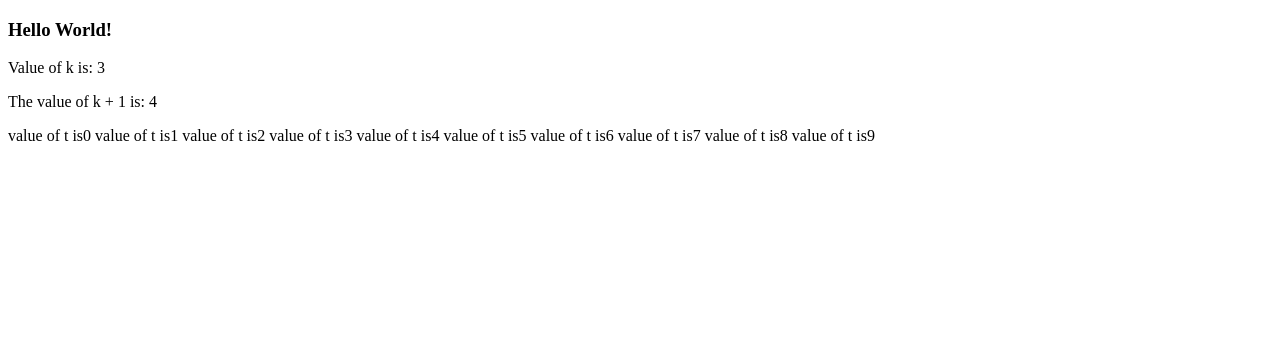
Repository: Seattle-Community-Android-Development/CodeBlog
Page: http://localhost/SimpleServletProject/test.jsp
The author's editor kept a copy of each file at every save. The page is drawn from the files as they stood at one save, then again after the next save.
The browser window is 1280 px wide. The pictures show the whole page.
The page is served by Tomcat 9. Other server files are loaded and not shown.

Above is the page before, as saved 2013-09-08 18:01:37.

### workspace/SimpleServletProject/WebContent/test.jsp
<%@ page language="java" contentType="text/html; charset=ISO-8859-1"
	pageEncoding="ISO-8859-1"%>
<!DOCTYPE html PUBLIC "-//W3C//DTD HTML 4.01 Transitional//EN" "http://www.w3.org/TR/html4/loose.dtd">
<html>
<head>
<meta http-equiv="Content-Type" content="text/html; charset=ISO-8859-1">
<title>Insert title here</title>
</head>
<body>
	<h3>Hello World!</h3>

	<%!
	public int add (int a, int b) {
		return a+b;
	}
	%>

	<%
	int i = 1;
	int j = 2;
	int k;

	k = add(i, j);

	out.println("Value of k is: " + String.valueOf(k));
	%>

	<p>The value of k + 1 is: <%=1+k %>
	</p>

	<p>
	<%
	for (int t = 0; t < 10; t++) {
		out.println("value of t is" + String.valueOf(t));
	}
	%>
	</p>
</body>
</html>

After the next save:
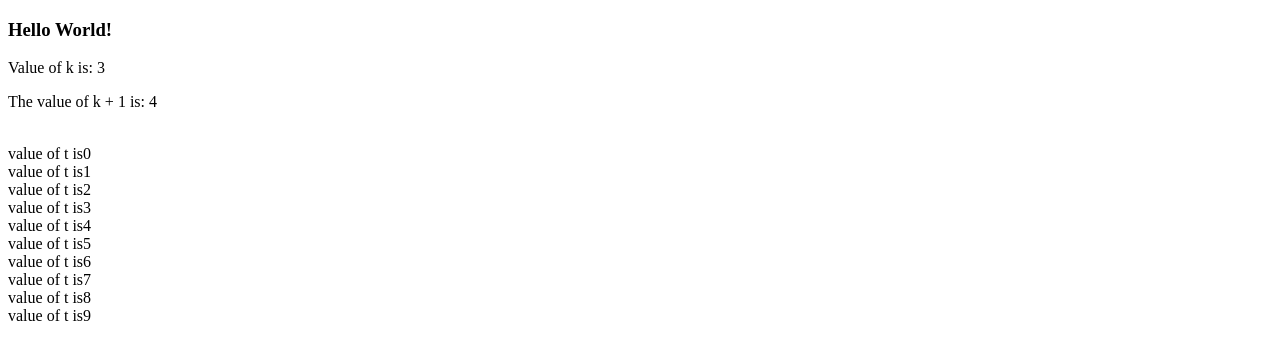
Saved 23 s later.
--- a/workspace/SimpleServletProject/WebContent/test.jsp
+++ b/workspace/SimpleServletProject/WebContent/test.jsp
@@ -9,31 +9,31 @@
 <body>
 	<h3>Hello World!</h3>
 
-	<%!
-	public int add (int a, int b) {
-		return a+b;
-	}
+	<%!public int add(int a, int b) {
+		return a + b;
+	}%>
+
+	<%
+		int i = 1;
+		int j = 2;
+		int k;
+
+		k = add(i, j);
+
+		out.println("Value of k is: " + String.valueOf(k));
 	%>
 
-	<%
-	int i = 1;
-	int j = 2;
-	int k;
-
-	k = add(i, j);
-
-	out.println("Value of k is: " + String.valueOf(k));
-	%>
-
-	<p>The value of k + 1 is: <%=1+k %>
+	<p>
+		The value of k + 1 is:
+		<%=1 + k%>
 	</p>
 
 	<p>
-	<%
-	for (int t = 0; t < 10; t++) {
-		out.println("value of t is" + String.valueOf(t));
-	}
-	%>
+		<%
+			for (int t = 0; t < 10; t++) {
+				out.println("<br>value of t is" + String.valueOf(t));
+			}
+		%>
 	</p>
 </body>
 </html>
